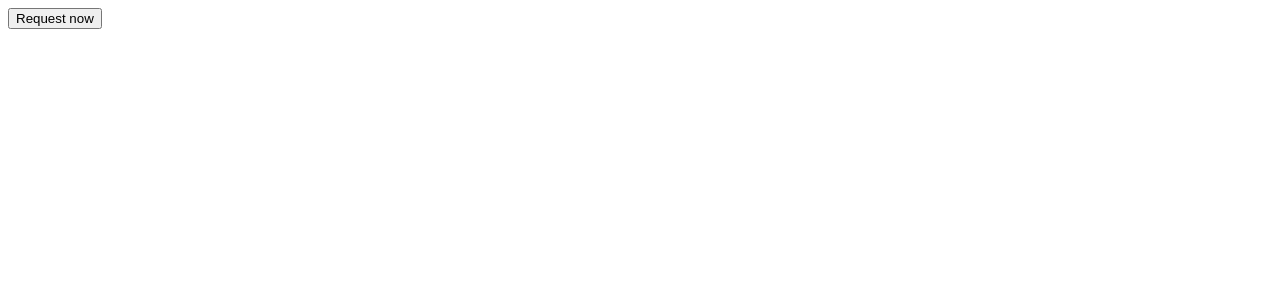
Repository: Kurumilli/Youtube
Page: Exercise2.html
These files come from the project's save history. The page is drawn as it stood at one moment and after the next save; the edit follows.
The browser window is 1280 px wide. The pictures show the whole page.

Above is the page before, as saved 2025-01-23 20:26:51.

After the next save:
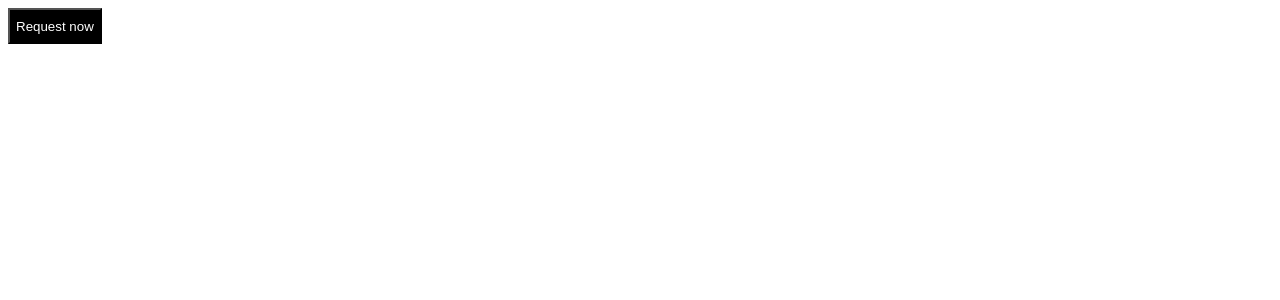
Saved 54 s later.
--- a/Exercise2.html
+++ b/Exercise2.html
@@ -1,7 +1,12 @@
 <html>
     <body>
         <style>
+            .uber{
+                background-color: black;
+                color: white;
+                height:36px;
 
+            }
         </style>
 
         <button class="uber">
